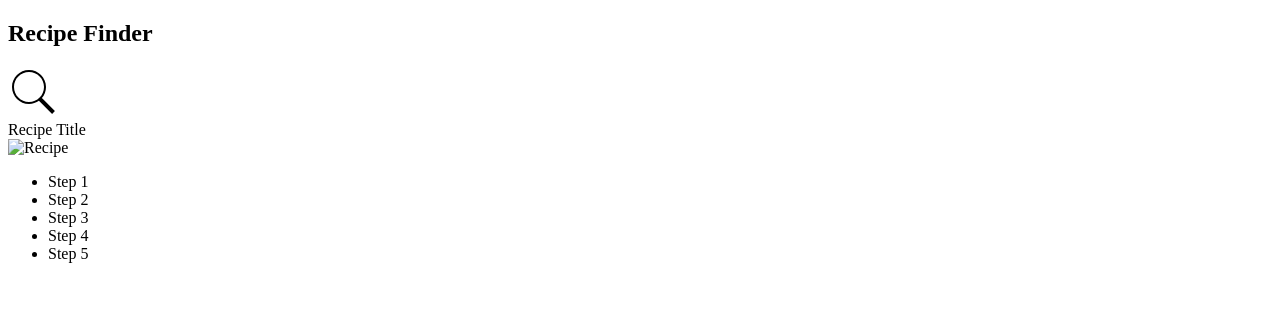
Repository: burntaftermint/recipes
Page: index.html
An editor plug-in stored every save of this project. The page is shown before and after the next save, followed by the edit.
The browser window is 1280 px wide. The pictures show the whole page.

Above is the page before, as saved 2023-11-06 04:04:24.
Not found: images/recipe_1_80.png

After the next save:
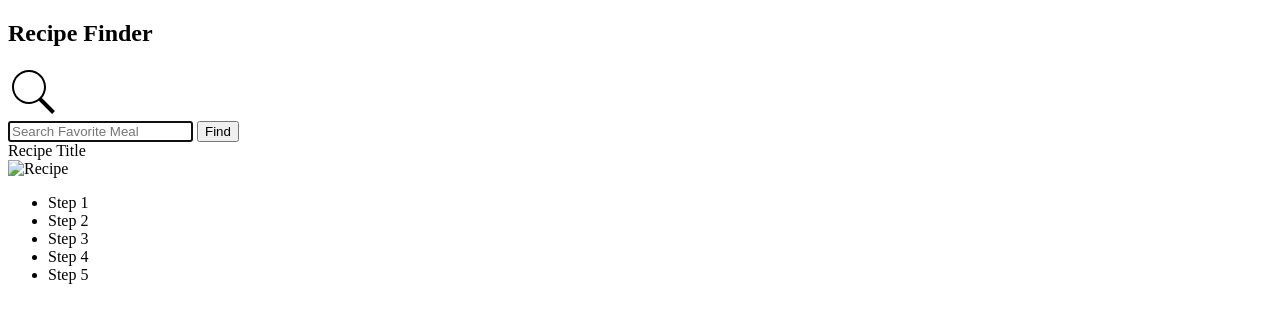
Saved 2 min 13 s later.
--- a/index.html
+++ b/index.html
@@ -11,7 +11,10 @@
         <img src="images/search.svg" alt="Search">
     </header>
     <section class="container">
-        <div class="search"></div>
+        <div class="search">
+            <input type="text" placeholder="Search Favorite Meal" autofocus>
+            <button class="btn">Find</button>
+        </div>
         <div id="recipe-container"></div>
         <div class="recipe"></div>
         <div class="recipe-title">Recipe Title</div>
